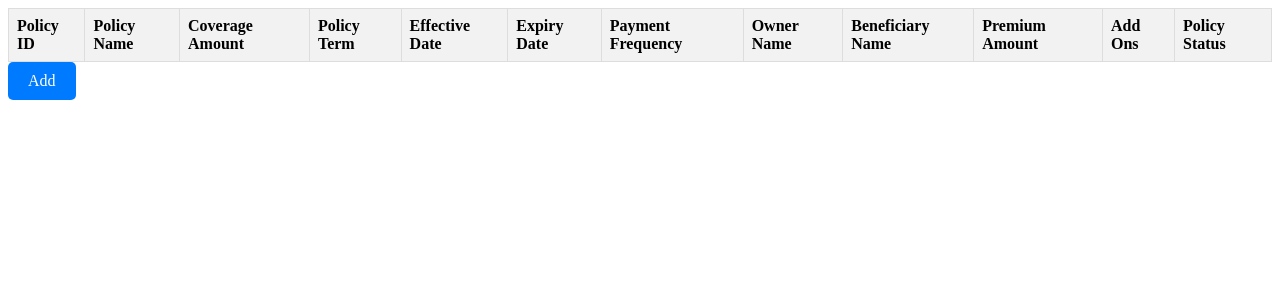
Repository: sowmini-nats/git-spring-project
Page: http://localhost/InsuranceAutomationSystem/PolicyView.jsp
These files come from the project's save history. The page is drawn as it stood at one moment and after the next save; the edit follows.
The browser window is 1280 px wide. The pictures show the whole page.
The page is served by Tomcat 10. The template is opened directly, without the code that normally fills it, so the values that code supplies are empty.

Above is the page before, as saved 2023-10-30 13:05:27.

After the next save:
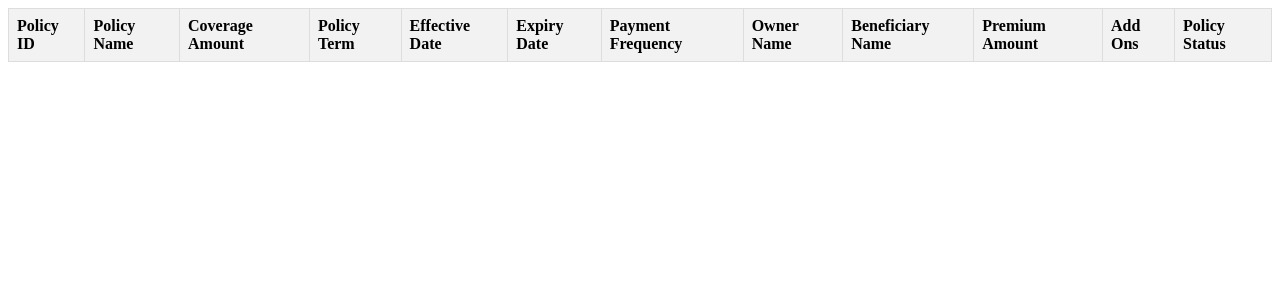
Saved 77 s later.
--- a/eclipse-workspace-jspassessment/InsuranceAutomationSystem/src/main/webapp/PolicyView.jsp
+++ b/eclipse-workspace-jspassessment/InsuranceAutomationSystem/src/main/webapp/PolicyView.jsp
@@ -99,6 +99,5 @@ table tr:hover {
 </c:forEach>
 </tbody>
 </table>
-<a href="/policy/add-policy" class="button">Add</a>
 </body>
 </html>
